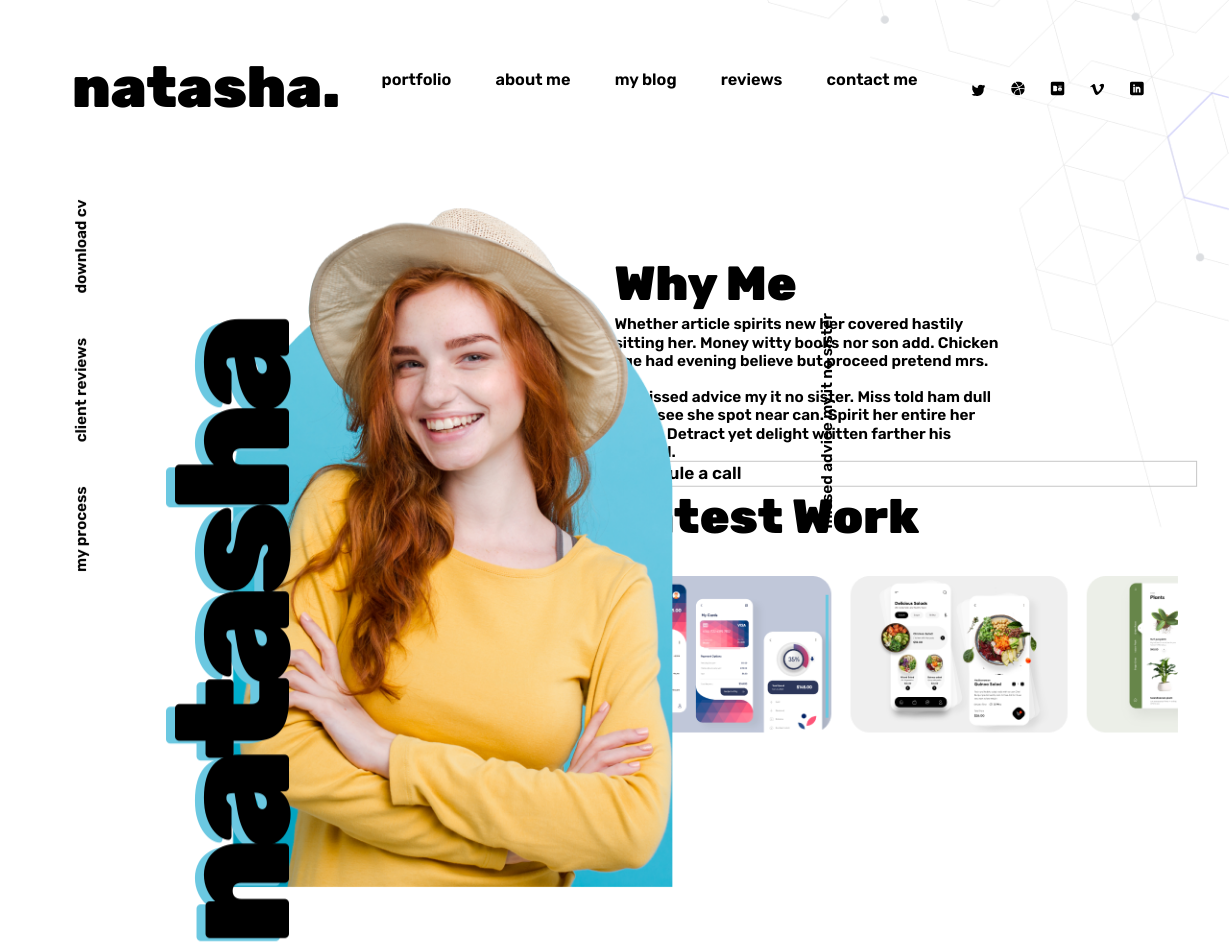
Repository: BuduCE/landing-page
Page: natasha-lp/index.html
An editor plug-in stored every save of this project. The page is shown before and after the next save, followed by the edit.
The browser window is 1280 px wide. The pictures show the whole page, at 96% of full size.

Above is the page before, as saved 2022-03-07 23:57:38.

After the next save:
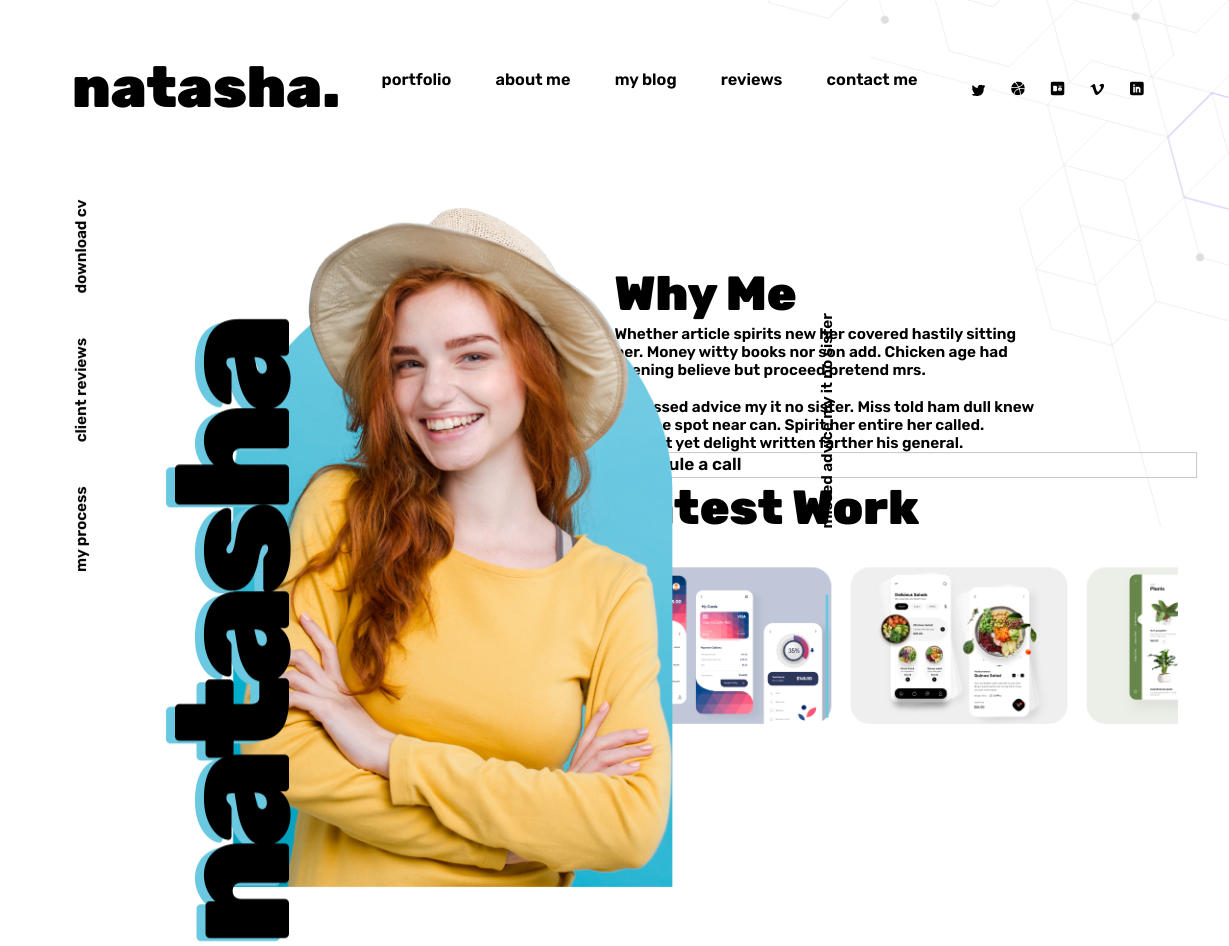
Saved 22 s later.
--- a/natasha-lp/assets/css/style.css
+++ b/natasha-lp/assets/css/style.css
@@ -148,7 +148,7 @@ header {
 }
 
 .natasha_info p{
-    width: 25.375rem;
+    width: 27.375rem;
 }
 
 .natasha_info_img{
